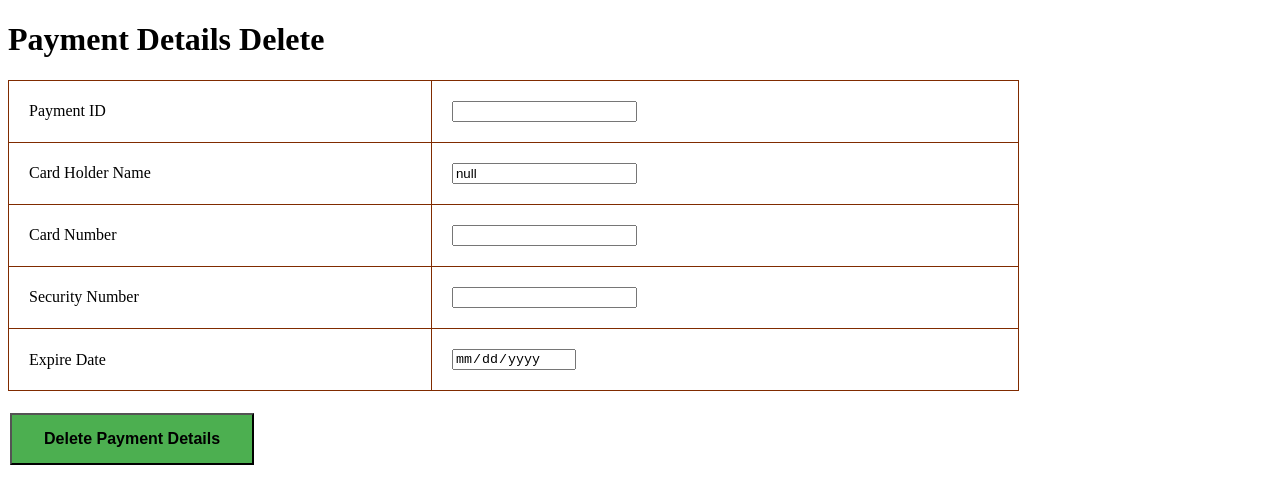
Repository: sandeepa9803/OOP---Online-Travel-web-application
Page: http://localhost/PaymentNew/deletepayment.jsp
These files come from the project's save history. The page is drawn as it stood at one moment and after the next save; the edit follows.
The browser window is 1280 px wide. The pictures show the whole page.
The page is served by Tomcat 9. Other server files are loaded and not shown.

Above is the page before, as saved 2021-10-11 18:07:16.

### PaymentNew/WebContent/deletepayment.jsp
<%@ page language="java" contentType="text/html; charset=ISO-8859-1"
    pageEncoding="ISO-8859-1"%>
<!DOCTYPE html>
<html>
<head>




<style>

table, td, th {
  border: 1px solid #802b00;
  text-align: left;
}

table {
  border-collapse: collapse;
  width: 80%;
}

th, td {
  padding: 20px;
}


.button {
  background-color: #4CAF50;
  border: 1;
  color: black;
  padding: 15px 32px;
  text-align: center;
  text-decoration: none;
   font-weight: bold;
  display: inline-block;
  font-size: 16px;
  margin: 4px 2px;
  cursor: pointer;
}



</style>














<meta charset="ISO-8859-1">
<title>Insert title here</title>
</head>
<body>

    <%
      String PaymentID=request.getParameter("PaymentID");
      String CardHoldersName=request.getParameter("CardHoldersName");
      String CardNumber=request.getParameter("CardNumber");
      String SecurityCode = request.getParameter("SecurityCode");
      String ExpireDate=request.getParameter("ExpireDate");
   %>

      <h1>Payment Details Delete </h1>

    <form action="delete" method ="post" >

    <table>

    <tr>
   <td>Payment ID </td>
   <td><input type ="number" name="paymentid" value="<%=PaymentID%>" readonly></td>
    </tr>

    <tr>
    <td> Card Holder Name </td>
     <td><input type ="text" name="cardholder" value="<%=CardHoldersName%>" readonly></td>
     </tr>

     <tr>
     <td>Card Number </td>
     <td><input type ="number" name="cardnum" value="<%=CardNumber%>" readonly></td>
     </tr>

     <tr>
     <td> Security Number </td>
     <td> <input type ="number" name="cvcnum" value="<%=SecurityCode%>" readonly> </td>
     </tr>

     <tr>
     <td> Expire Date </td>
     <td> <input type ="date" name="date" value="<%=ExpireDate%>" readonly></td>
     </tr>
     </table>
     <br>

    <input type ="submit" name="submit" value="Delete Payment Details" class="button">
    </form>






</body>
</html>

After the next save:
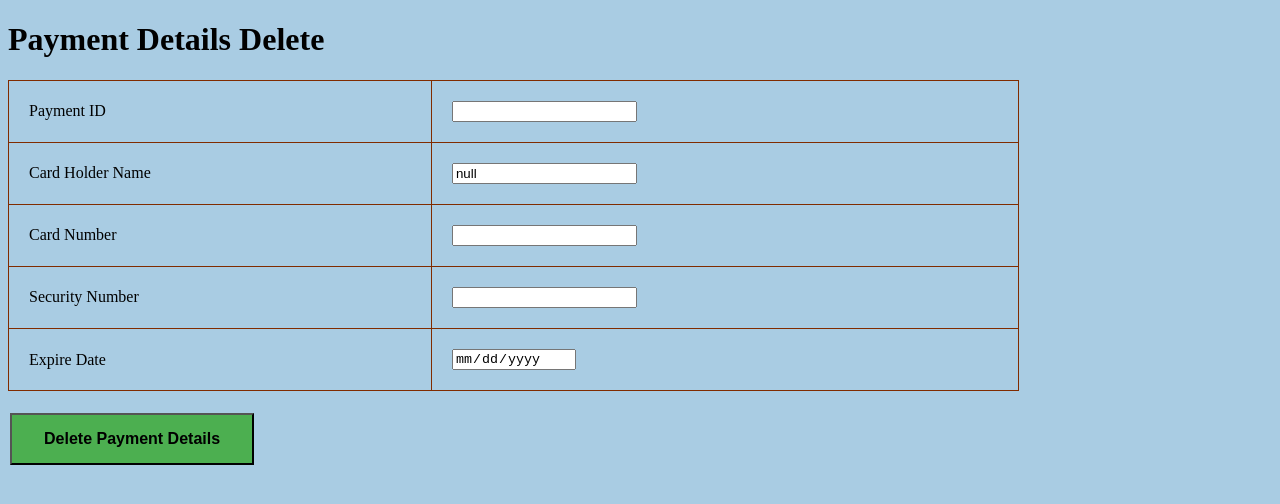
Saved 69 s later.
--- a/PaymentNew/WebContent/deletepayment.jsp
+++ b/PaymentNew/WebContent/deletepayment.jsp
@@ -37,6 +37,8 @@ th, td {
   margin: 4px 2px;
   cursor: pointer;
 }
+body {
+background-color:#A9CCE3  }
 
 
 
